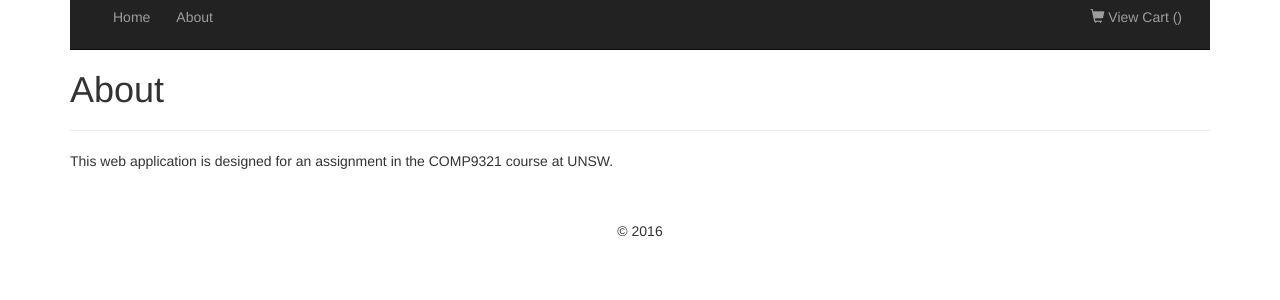
Repository: iancwwong/DigitalBibliographicalLibrary
Page: http://localhost/DigitalBibliographicLibrary/searchpage.jsp
An editor plug-in stored every save of this project. The page is shown before and after the next save, followed by the edit.
The browser window is 1280 px wide. The pictures show the whole page.
The page is served by Tomcat 9. Other server files are loaded and not shown.

Above is the page before, as saved 2016-08-28 08:50:16.

### DigitalBibliographicLibrary/WebContent/searchpage.jsp
<%@ page language="java" contentType="text/html; charset=ISO-8859-1"
    pageEncoding="ISO-8859-1"%>
<!DOCTYPE html PUBLIC "-//W3C//DTD HTML 4.01 Transitional//EN" "http://www.w3.org/TR/html4/loose.dtd">
<html>
<head>

	<!--  Bootstrap meta tags  -->
    <meta charset="utf-8">
    <meta http-equiv="X-UA-Compatible" content="IE=edge">
    <meta name="viewport" content="width=device-width, initial-scale=1">

    <!--  Other heads -->
	<meta http-equiv="Content-Type" content="text/html; charset=ISO-8859-1">

	<title>DBL - About</title>

	<!-- Bootstrap -->
    <link href="css/bootstrap.min.css" rel="stylesheet">

    <!--  Page styling -->
    <link href="css/general.css" rel="stylesheet">
    <link href="css/navbar.css" rel="stylesheet">

</head>
<body>
	<div class="container">
		<!--  Navbar -->
		<%@ include file="include/navbar.jsp"%>

		<!-- Page Content -->
		<h1>About</h1>
		<hr/>
		<p>
			This web application is designed for an assignment in the COMP9321 course at UNSW.
		</p>

		<!-- Footer -->
		<%@ include file="include/footer.jsp"%>

	</div>

</body>
</html>

### DigitalBibliographicLibrary/WebContent/include/navbar.jsp
<!--  This file contains the information of the navigation bar -->
<!-- Navbar content -->
<div class="navbar-wrapper">

    <nav class="navbar navbar-inverse navbar-static-top">
      <div class="container">
        <div id="navbar" class="navbar-collapse collapse">
          <ul class="nav navbar-nav">
            <li class="active">
				<form action='control' method='POST'>
					<input type='hidden' name="action" value="viewIndexPage"/>
					<button type="submit" class="btn btn-link">
						Home
					</button>
				</form>
            </li>
            <li>
				<form action='control' method='POST'>
					<input type='hidden' name="action" value="viewAboutPage"/>
					<button type="submit" class="btn btn-link">
						About
					</button>
				</form>
            </li>
          </ul>
          <ul class="nav navbar-nav navbar-right">
          	<li>
				<form action='control' method='POST'>
					<input type='hidden' name="action" value="viewCartPage"/>
					<button type="submit" class="btn btn-link">
						<span class="glyphicon glyphicon-shopping-cart"></span>
						View Cart (${userBean.cart.numItems})
					</button>
				</form>
          	</li>
          </ul>
        </div>
      </div>
    </nav>

</div>

### DigitalBibliographicLibrary/WebContent/include/footer.jsp
<!-- Footer content -->
<br />
<br />
<footer class="container-fluid">
	<center><p>&copy; 2016</p></center>
</footer>

### DigitalBibliographicLibrary/WebContent/css/general.css
// Body
body {
	margin: 0;
	padding: 10px;
}

// Footer
footer {
  background-color: #555;
  color: white;
  padding: 15px;
}

### DigitalBibliographicLibrary/WebContent/css/navbar.css
<!-- This file contains the stylings for the navigation bar -->

/* Special class on .container surrounding .navbar, used for positioning it into place. */
.navbar-wrapper {
  position: absolute;
  top: 0;
  right: 0;
  left: 0;
  z-index: 20;
}

/* Flip around the padding for proper display in narrow viewports */
.navbar-wrapper > .container {
  padding-right: 0;
  padding-left: 0;
}
.navbar-wrapper .navbar {
  padding-right: 15px;
  padding-left: 15px;
}
.navbar-wrapper .navbar .container {
  width: auto;
}

Loaded but not shown: DigitalBibliographicLibrary/WebContent/css/bootstrap.min.css (library)

After the next save:
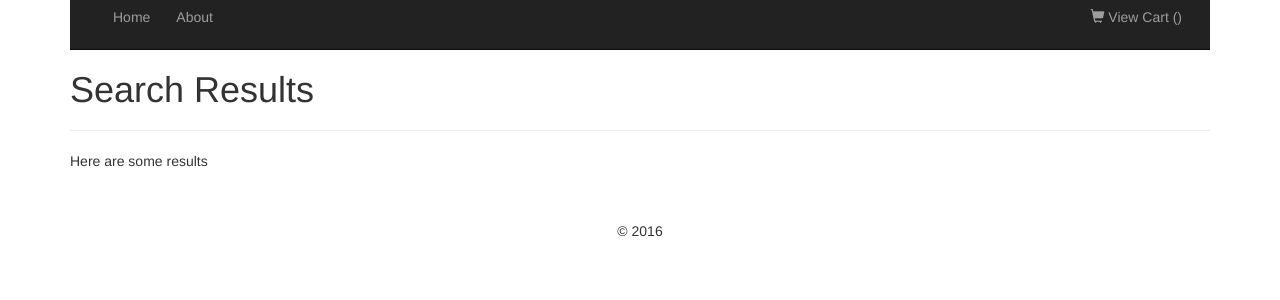
Saved 72 s later.
--- a/DigitalBibliographicLibrary/WebContent/searchpage.jsp
+++ b/DigitalBibliographicLibrary/WebContent/searchpage.jsp
@@ -28,10 +28,10 @@
 		<%@ include file="include/navbar.jsp"%>
 
 		<!-- Page Content -->
-		<h1>About</h1>
+		<h1>Search Results</h1>
 		<hr/>
 		<p>
-			This web application is designed for an assignment in the COMP9321 course at UNSW.
+			Here are some results
 		</p>
 
 		<!-- Footer -->
